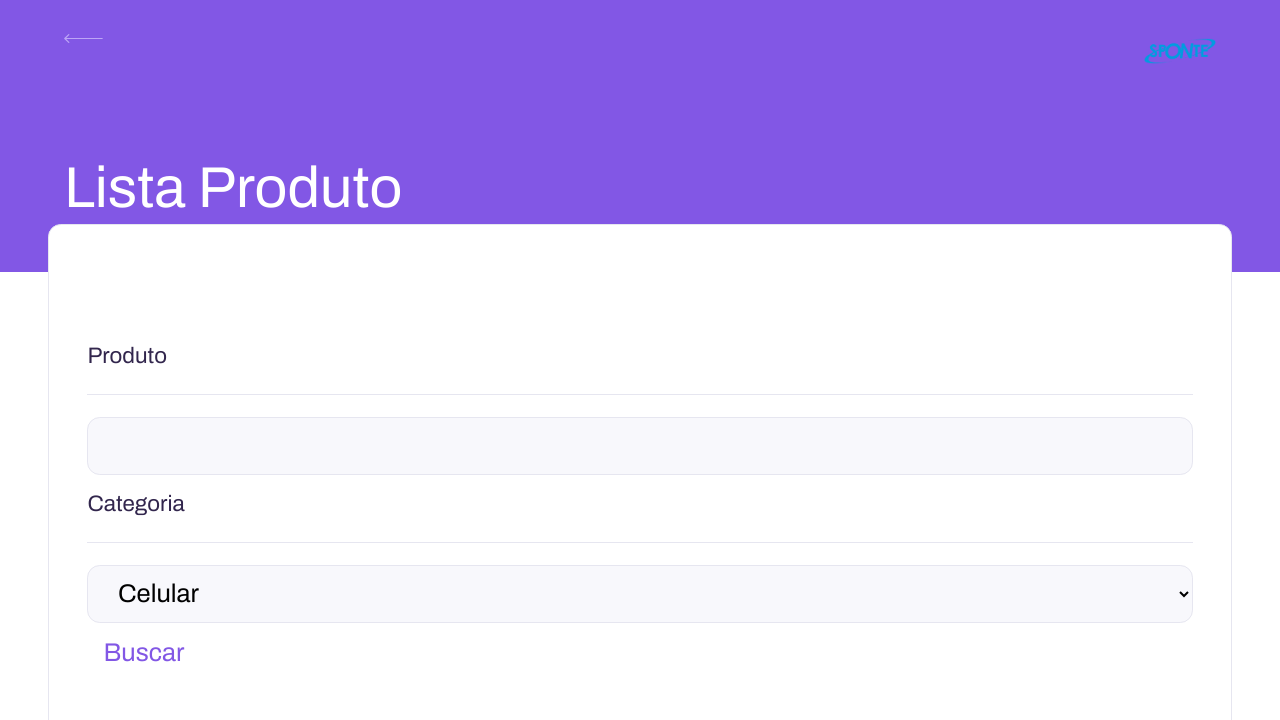
Repository: Henrique-Hoi-Dev/avalia-o-front-end
Page: /list (app in web/)
The author's editor kept a copy of each file at every save. The page is drawn from the files as they stood at one save, then again after the next save.
The browser window is 1280 px wide. The pictures show the whole page.
An inner scrolling area shows only its first screen. The project was rebuilt for these pictures with package versions that can differ from the ones it lists, and the page was loaded fresh each time. Also part of the build but not shown: web/src/pages/Home/styles.js, web/src/pages/Home/index.js, web/src/pages/RegistrationProduct/styles.js, web/src/components/HeaderRecord/styles.js, web/src/components/HeaderRecord/index.js, web/src/pages/RegistrationProduct/index.js.

Above is the page before, as saved 2020-09-01 21:33:32.

### web/public/index.html
<!DOCTYPE html>
<html lang="en">
  <head>
    <meta charset="utf-8" />
    <link rel="icon" href="%PUBLIC_URL%/favicon.ico" />
    <meta name="viewport" content="width=device-width, initial-scale=1" />
    <meta name="theme-color" content="#000000" />
    <meta
      name="description"
      content="Web site created using create-react-app"
    />
    <link
      href="https://fonts.googleapis.com/css2?family=Archivo:ital,wght@0,400;1,700&family=Poppins&display=swap"
      rel="stylesheet"
    />

    <title>Controle de estoque</title>
  </head>
  <body>
    <noscript>You need to enable JavaScript to run this app.</noscript>
    <div id="root"></div>
  </body>
</html>

### web/src/App.js
import React from 'react';
import Routes from './routes';

import GlobalStyle from './styles/global';

function App() {
  return (
    <>
      <Routes />
      <GlobalStyle />
    </>
  );
}

export default App;

### web/src/routes.js
import React from 'react';
import { BrowserRouter, Route } from 'react-router-dom';

import Home from './pages/Home';
import ListProduct from './pages/ListProduct';
import RegistrationProduct from './pages/RegistrationProduct';

function Routes() {
  return (
    <BrowserRouter>
      <Route path="/" exact component={Home} />
      <Route path="/list" component={ListProduct} />
      <Route path="/record-product" component={RegistrationProduct} />
    </BrowserRouter>
  );
}

export default Routes;

### web/src/styles/global.js
import { createGlobalStyle } from 'styled-components';

export default createGlobalStyle`


  * {
    margin: 0;
    padding: 0;
    outline: 0;
    border: 0;
    box-sizing: border-box;
  }
  html, body, #root {
    height: 100%;
    overflow-x: hidden;
  }


  body {
    background: linear-gradient(-70deg #f0f0f7);
    -webkit-font-smoothing: antialiased !important;

  }

  body, input, button {

    font-size: 14px;
    font-family: 'Roboto', sans-serif;
  }

  button {
    cursor: pointer;
  }

  :root {

  --color-background: #f0f0f7;
  --color-primary-lighter: #9871f5;
  --color-primary-light: #916bea;
  --color-primary: #8257e5;
  --color-primary-dark: #774dd6;
  --color-primary-darker: #6842c2;
  --color-secundary: #04d361;
  --color-secundary-dark: #04bf58;
  --color-title-in-primary: #ffffff;
  --color-text-in-primary: #d4c2ff;
  --color-text-title: #32264d;
  --color-text-complement: #9c98a6;
  --color-text-base: #6a6180;
  --color-line-in-white: #e6e6f0;
  --color-input-background: #f8f8fc;
  --color-button-text: #ffffff;
  --color-box-base: #ffffff;
  --color-box-footer: #fafafc;
}
`;

### web/src/pages/ListProduct/index.js
import React from 'react';
import * as Yup from 'yup';

import Header from '../../components/HeaderList';
import { Formik, Field, Form } from 'formik';
import { Container } from './styles';

const schema = Yup.object().shape({
  product: Yup.string()
    .required('! Este compo é obrigatório.')
    .max(100, '! No máximo 100 caracteres'),
  categoria: Yup.string().required('! Este compo é obrigatório.'),
});

function ListProduct() {
  function onSubmit(values, actions) {
    console.log(values);
  }
  return (
    <Container>
      <Header />
      <div className="header-main">
        <Formik
          onSubmit={onSubmit}
          validateOnChange={schema}
          validateOnMount
          initialValues={{
            product: '',
            categoria: 'celular',
          }}
          render={({ values, errors }) => (
            <Form className="form-input">
              <div className="header-title">
                <label htmlFor="product">Produto</label>
                <Field name="product" type="text" />
                <span>{errors.product}</span>

                <label htmlFor="categoria">Categoria</label>
                <Field nome="categoria" component="select">
                  <option value="celular">Celular</option>
                  <option value="tvs">Tvs</option>
                  <option value="notbook">Notbook</option>
                  <option value="acessorios">Acessórios</option>
                </Field>
              </div>
              <button type="submit">Buscar</button>
              <main>
                <ul>
                  <li></li>
                </ul>
              </main>
            </Form>
          )}
        />
      </div>
    </Container>
  );
}

export default ListProduct;

### web/src/components/HeaderList/index.js
import React from 'react';
import { Link } from 'react-router-dom';

import { PageHeader } from './styles';
import backIcon from '../../assets/back.svg';
import logo from '../../assets/logo.png';

function HeaderList() {
  return (
    <PageHeader>
      <div className="header">
        <Link to="/">
          <img src={backIcon} alt="voltar" />
        </Link>
        <img src={logo} alt="voltar" />
      </div>

      <div className="header-content">
        <h2>Lista Produto</h2>
      </div>
    </PageHeader>
  );
}

export default HeaderList;

### web/src/pages/ListProduct/styles.js
import styled from 'styled-components';
import { darken } from 'polished';

export const Container = styled.div`
  width: 100vw;
  height: 100vh;

  .header-main {
    background: var(--color-box-base);
    width: 100%;
    max-width: 74rem;
    border: 0.1rem solid var(--color-line-in-white);
    border-radius: 0.8rem;
    margin: -3rem auto 3.2rem;
    padding-top: 6.4rem;
    overflow: hidden;
  }

  input,
  select {
    width: 100%;
    height: 3.6rem;
    border-radius: 0.8rem;
    background: var(--color-input-background);
    border: 1px solid var(--color-line-in-white);
    outline: 0;
    padding: 0 1.6rem;
    font: 1.6rem Archivo;
  }

  .form-input {
    border: 0;
    padding: 0 2.4rem;
    margin-top: 0.1rem;

    button {
      background: none;
      border: 0;
      margin: 1rem;
      color: var(--color-primary);
      font: 700 1.6rem Archivo;
      cursor: pointer;
      transition: color 0.2s;

      &:hover {
        color: ${darken(0.03, '#6842c2')};
      }
    }
  }
  .header-title span {
    color: #ff0000;
    align-self: flex-start;
    margin: 0 0 10px;
    font-weight: bold;
  }

  label {
    font: 700 1.4rem Archivo;
    color: var(--color-text-title);
    margin-bottom: 1.4rem;
    margin-top: 1rem;
    display: flex;
    align-items: center;
    justify-content: space-between;
    width: 100%;
    padding-bottom: 1.6rem;
    border-bottom: 1px solid var(--color-line-in-white);
  }
  main {
    margin: 3.2rem auto;
    width: 90%;
  }
`;

### web/src/components/HeaderList/styles.js
import styled from 'styled-components';

export const PageHeader = styled.div`
  display: flex;
  flex-direction: column;
  background-color: var(--color-primary);

  .header {
    width: 90%;
    margin: 0 auto;
    display: flex;
    justify-content: space-between;
    align-items: center;
    color: var(--color-text-in-primary);
    padding: 1.6rem 0;

    a {
      height: 3.2rem;
      transition: opacity 0.2s;

      :hover {
        opacity: 0.6;
      }
    }

    img {
      height: 1.6rem;
    }
  }

  .header-content {
    width: 90%;
    margin: 0 auto;
    position: relative;
    margin: 3.2rem auto;

    a {
      font: 700 3.6rem Archivo;
      line-height: 4.2rem;
      color: var(--color-title-in-primary);
    }

    h2 {
      font: 700 3.6rem Archivo;
      line-height: 4.2rem;
      color: var(--color-title-in-primary);
    }
  }
`;

Loaded but not shown: web/src/index.js (common file)

After the next save:
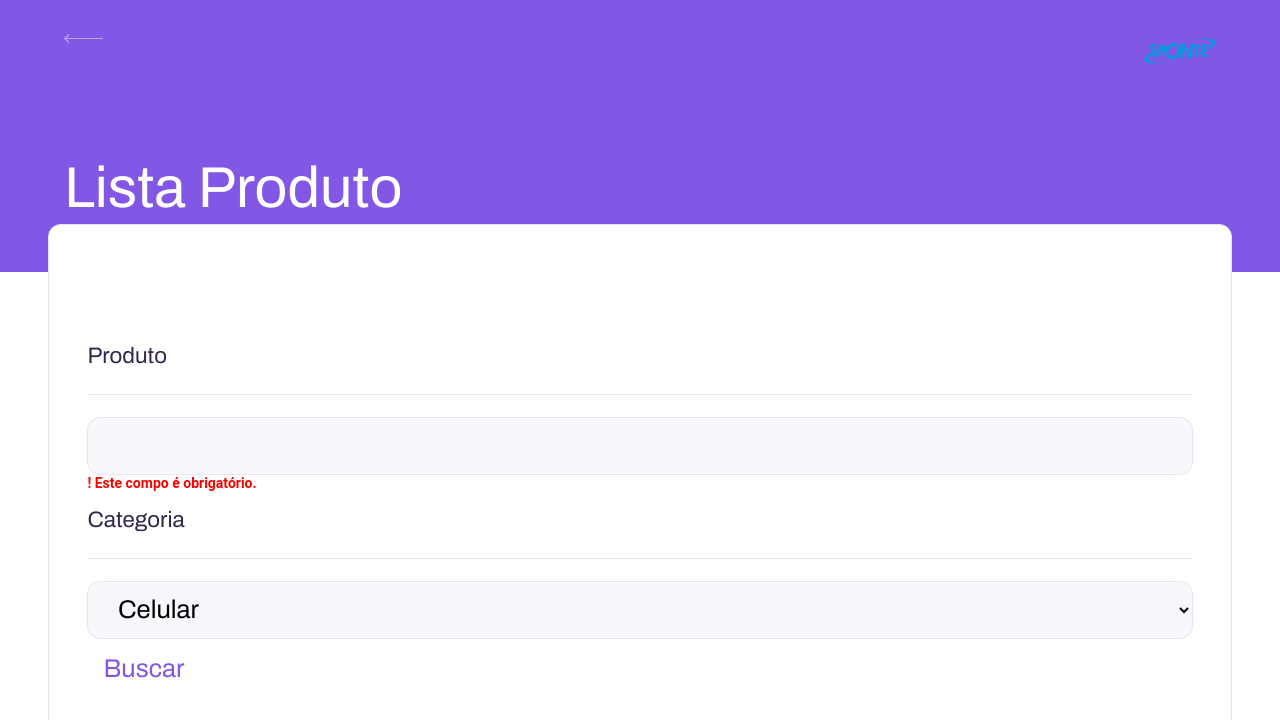
Saved 82 s later.
--- a/web/src/pages/ListProduct/index.js
+++ b/web/src/pages/ListProduct/index.js
@@ -22,7 +22,7 @@ function ListProduct() {
       <div className="header-main">
         <Formik
           onSubmit={onSubmit}
-          validateOnChange={schema}
+          validationSchema={schema}
           validateOnMount
           initialValues={{
             product: '',
